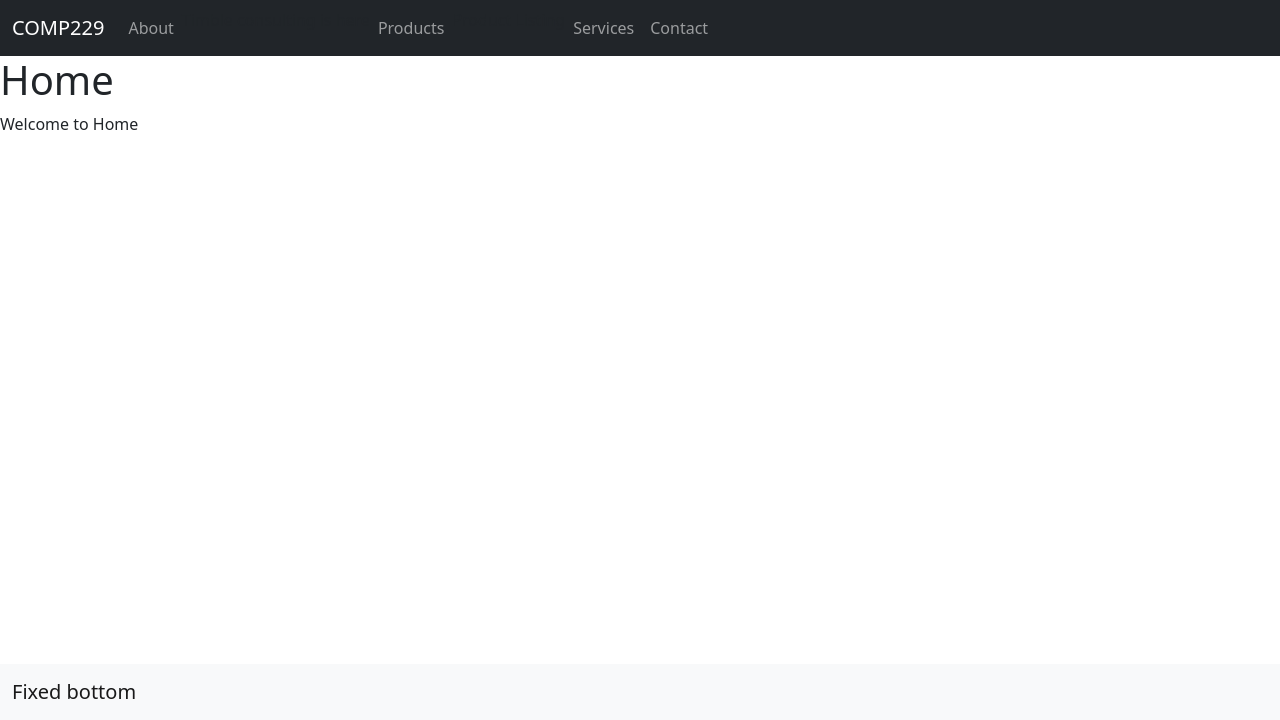
Repository: BlessingAjiboye/WEEK3DEP
Page: http://localhost/
An editor plug-in stored every save of this project. The page is shown before and after the next save, followed by the edit.
The browser window is 1280 px wide. The pictures show the whole page.
The page is served by the project's Node server (server.js).

Above is the page before, as saved 2022-09-21 20:53:03.

After the next save:
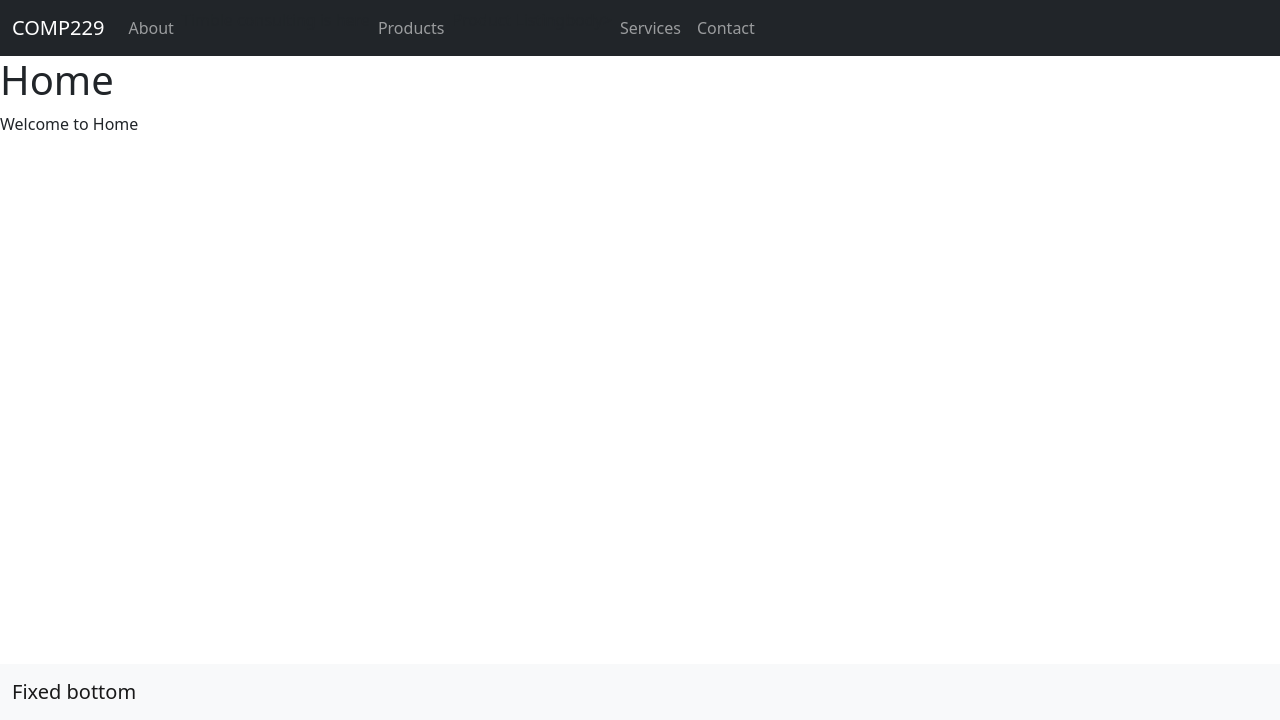
Saved 34 s later.
--- a/views/partials/main_nav.ejs
+++ b/views/partials/main_nav.ejs
@@ -26,8 +26,9 @@
                 <a class="nav-link" href="products">Products</a>
                 <%}%>
           </li>
+          <bodu>
           <p>Product Listing</p>
-
+</bodu>body>
           <% if (title =="Services"){%>
             <li class="nav-item active">
               <%} else {%>

After the save that followed:
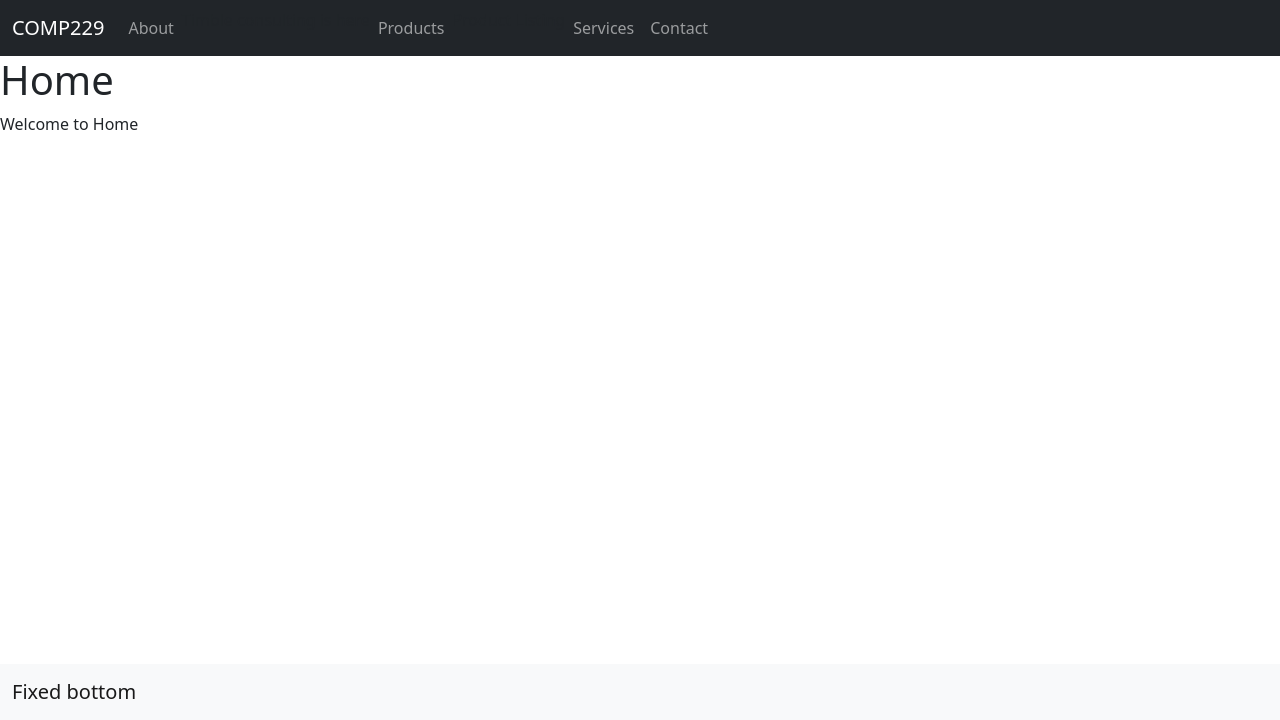
Saved 17 s later.
--- a/views/partials/main_nav.ejs
+++ b/views/partials/main_nav.ejs
@@ -26,9 +26,9 @@
                 <a class="nav-link" href="products">Products</a>
                 <%}%>
           </li>
-          <bodu>
+          <body>
           <p>Product Listing</p>
-</bodu>body>
+</body>
           <% if (title =="Services"){%>
             <li class="nav-item active">
               <%} else {%>
